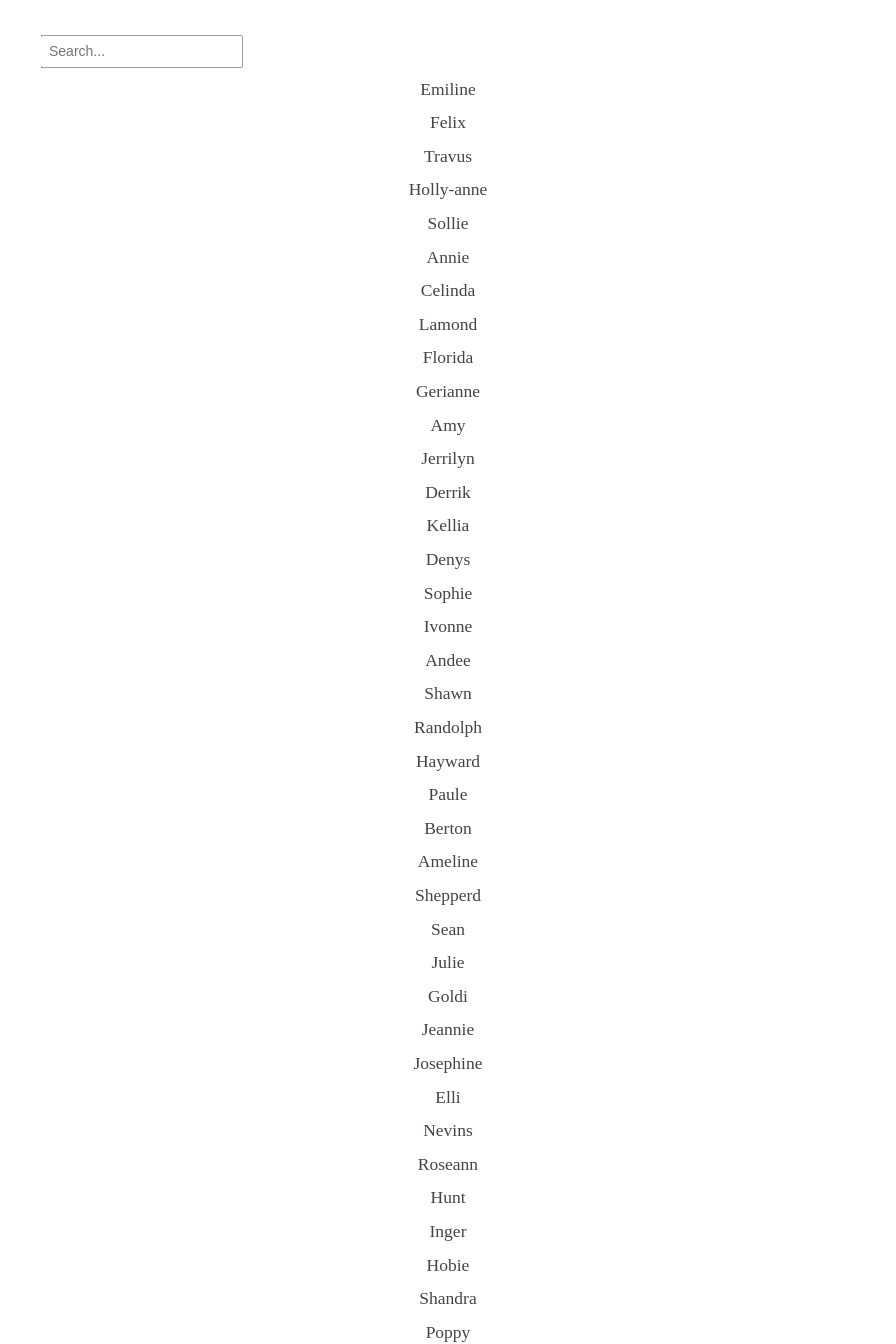
Repository: kluivert-ssali/my_search
Page: /
An editor plug-in stored every save of this project. The page is shown before and after the next save, followed by the edit.
The browser window is 1280 px wide. The pictures show the part of the page from y = 0 to 1920 px (the page is 8447 px tall), at 70% of full size.
The project was rebuilt for these pictures with package versions that can differ from the ones it lists, and the page was loaded fresh each time.

Above is the page before, as saved 2022-02-27 15:12:21.

### public/index.html
<!DOCTYPE html>
<html lang="en">
  <head>
    <meta charset="utf-8" />
    <link rel="icon" href="%PUBLIC_URL%/favicon.ico" />
    <meta name="viewport" content="width=device-width, initial-scale=1" />
    <meta name="theme-color" content="#000000" />
    <meta
      name="description"
      content="Web site created using create-react-app"
    />
    <link rel="apple-touch-icon" href="%PUBLIC_URL%/logo192.png" />
    <!--
      manifest.json provides metadata used when your web app is installed on a
      user's mobile device or desktop. See https://developers.google.com/web/fundamentals/web-app-manifest/
    -->
    <link rel="manifest" href="%PUBLIC_URL%/manifest.json" />
    <!--
      Notice the use of %PUBLIC_URL% in the tags above.
      It will be replaced with the URL of the `public` folder during the build.
      Only files inside the `public` folder can be referenced from the HTML.

      Unlike "/favicon.ico" or "favicon.ico", "%PUBLIC_URL%/favicon.ico" will
      work correctly both with client-side routing and a non-root public URL.
      Learn how to configure a non-root public URL by running `npm run build`.
    -->
    <title>My_search</title>
  </head>
  <body>
    <noscript>You need to enable JavaScript to run this app.</noscript>
    <div id="root"></div>
    <!--
      This HTML file is a template.
      If you open it directly in the browser, you will see an empty page.

      You can add webfonts, meta tags, or analytics to this file.
      The build step will place the bundled scripts into the <body> tag.

      To begin the development, run `npm start` or `yarn start`.
      To create a production bundle, use `npm run build` or `yarn build`.
    -->
  </body>
</html>

### src/App.jsx
import "./app.css";
import { Users } from "./users";

function App() {
  return (
    <div className="app">
      <input type="text" placeholder="Search..." className="search"></input>
      <ul className="list">
        {Users.map((user) => (
          <li className="listItem">{user.first_name}</li>
        ))}

      </ul>
    </div>
  );
}

export default App;

### src/app.css
.app {
  margin: 50px;
}

.search {
  padding: 10px;
  font-size: 20px;
}

.list {
  padding: 0;
  list-style: none;
  text-align: center;
}

.listItem {
  margin-bottom: 20px;
  font-size: 25px;
  color: #444;
  font-weight: 300;
}

table {
  width: 100%;
  margin: 50px 0px;
  border-spacing: 15px;
  color: #444;
}

tr {
  margin-bottom: 20px;
}

th {
  width: 250px;
  text-align: left;
  font-size: 20px;
}

td {
  width: 250px;
  font-size: 20px;
}

Loaded but not shown: src/index.js (common file); src/users.js (1213 lines, source omitted)

After the next save:
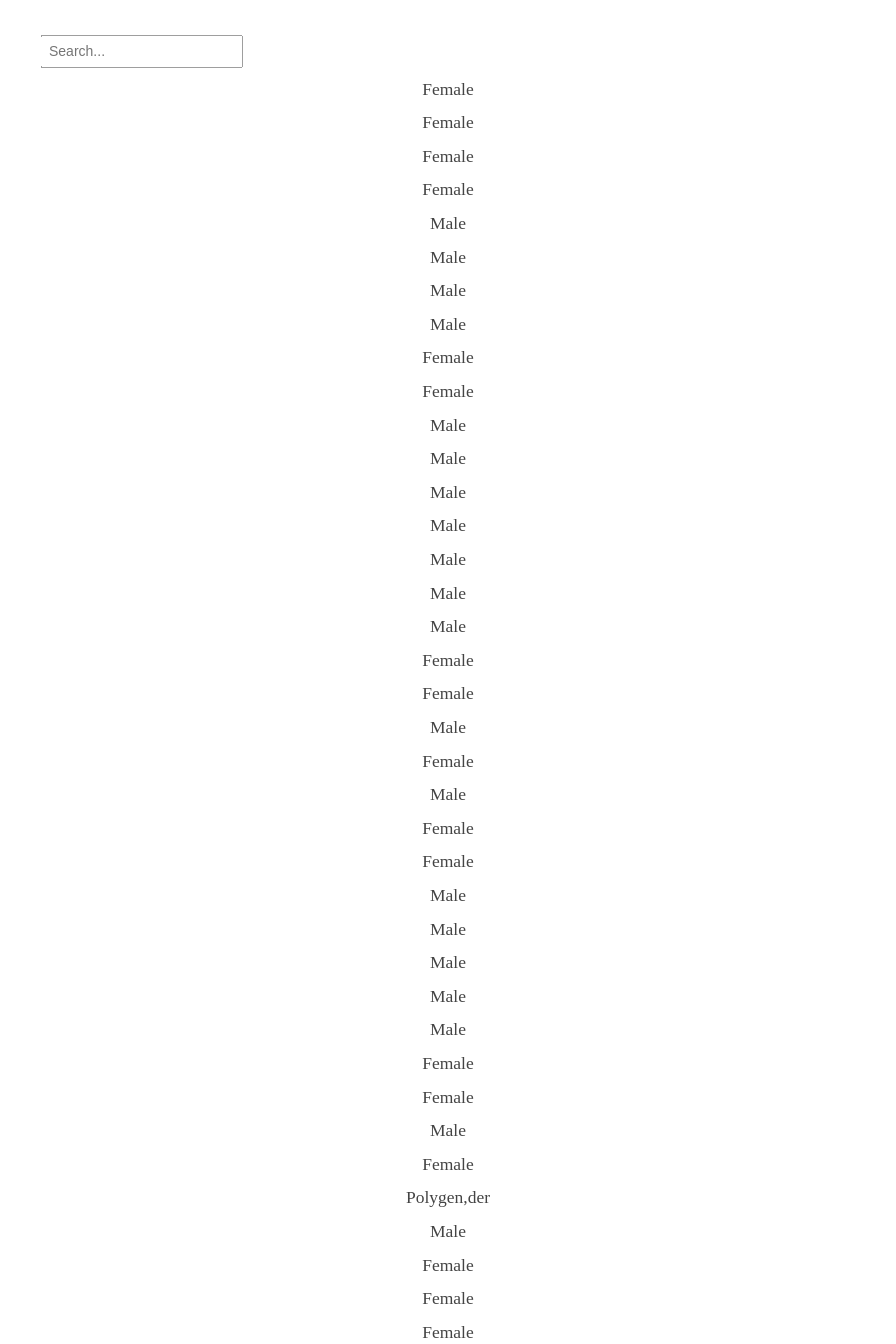
Saved 96 s later.
--- a/src/App.jsx
+++ b/src/App.jsx
@@ -7,7 +7,9 @@ function App() {
       <input type="text" placeholder="Search..." className="search"></input>
       <ul className="list">
         {Users.map((user) => (
-          <li className="listItem">{user.first_name}</li>
+          <li className="listItem">{user.first_name}</li>,
+          <li className="listItem">{user.gender}</li>
+
         ))}
 
       </ul>
